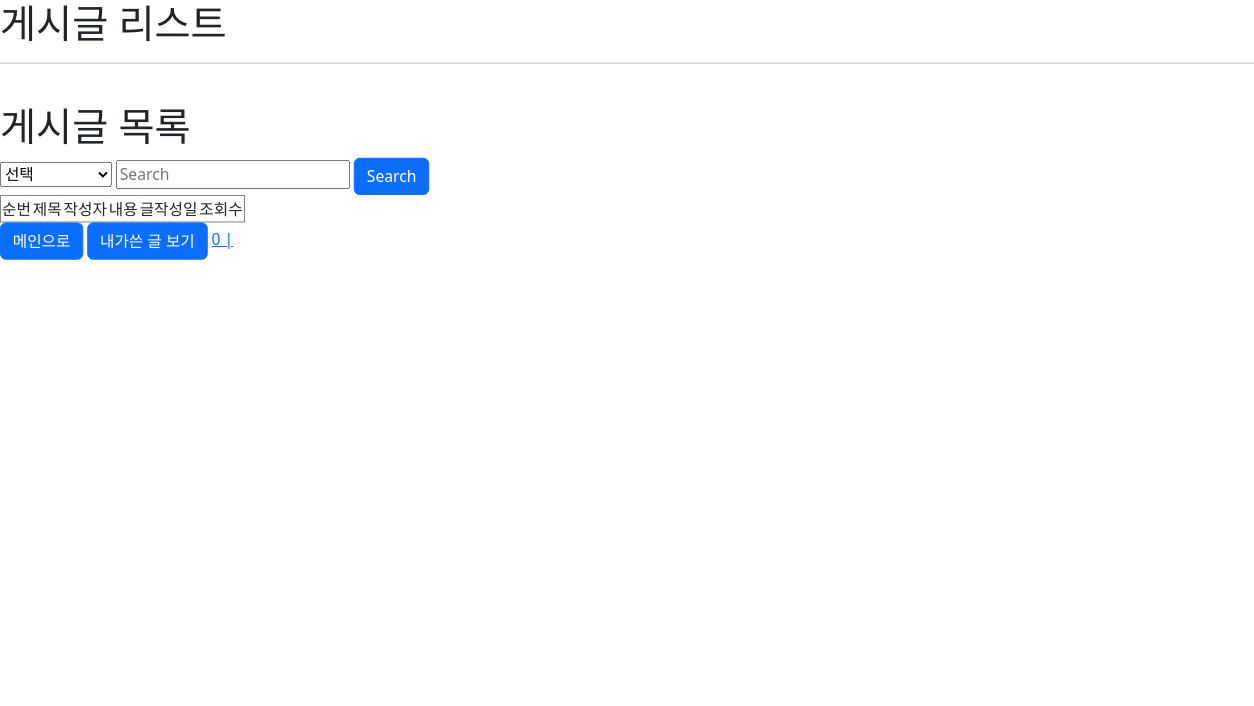
Repository: yangone8249/jsp_project
Page: http://localhost/yang_project/board/BoardList.jsp
These files come from the project's save history. The page is drawn as it stood at one moment and after the next save; the edit follows.
The browser window is 1280 px wide. The pictures show the whole page, at 98% of full size.
The page is served by Tomcat 9. The template is opened directly, without the code that normally fills it, so the values that code supplies are empty.

Above is the page before, as saved 2023-06-01 02:03:45.

After the next save:
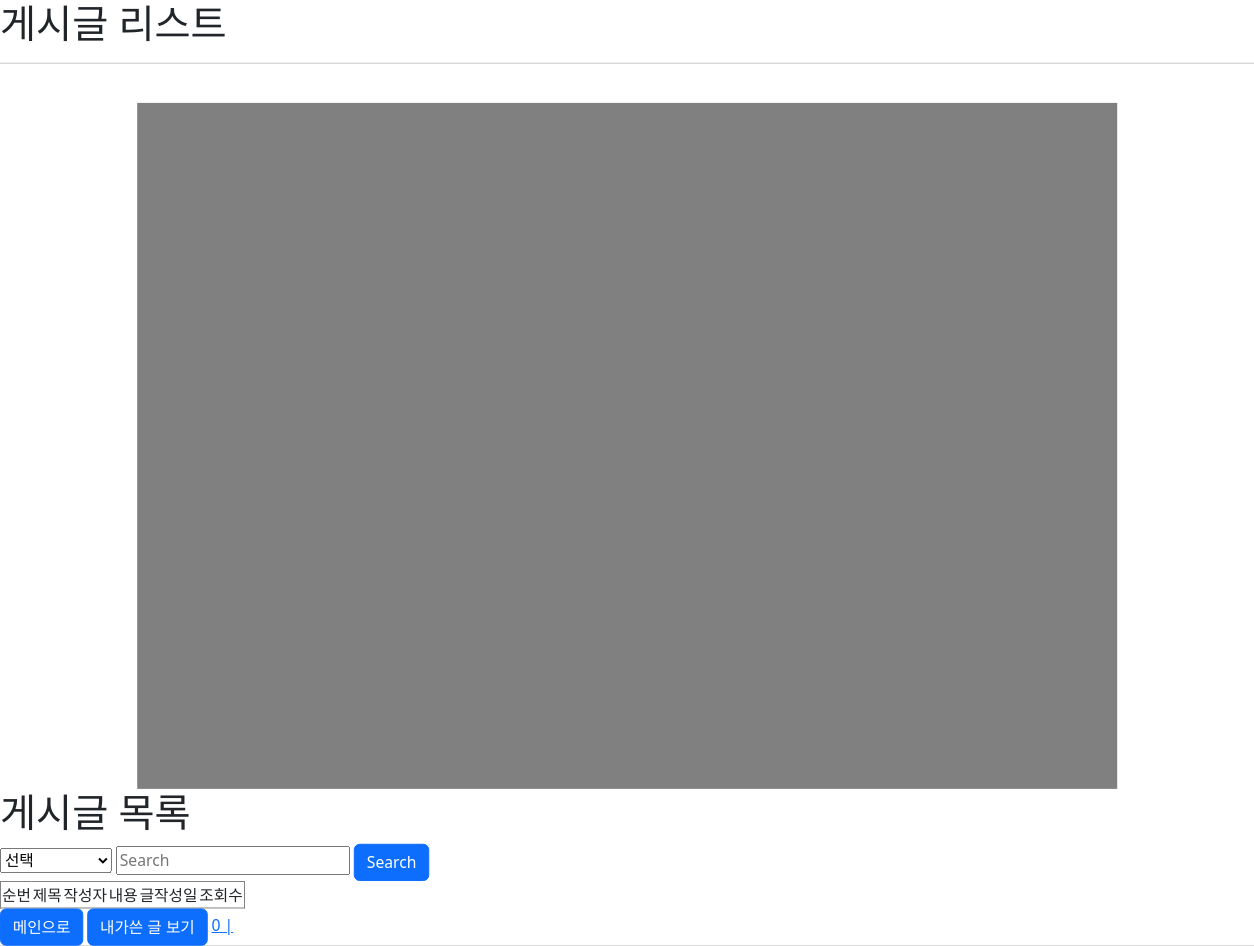
Saved 3 s later.
--- a/yang_project/yang_project/src/main/webapp/board/BoardList.jsp
+++ b/yang_project/yang_project/src/main/webapp/board/BoardList.jsp
@@ -24,6 +24,7 @@
 <body>
 	<h1>게시글 리스트</h1>
 	<hr><br>
+	<div id="content"></div>
 		<h1 id="listTitle">게시글 목록</h1>
 		<form action="/brd/page" method="post" >
 			<div>
@@ -77,6 +78,6 @@
 		</c:forEach>
 		<c:if test="${pgh.next }">
 			<a href="/brd/page?pageNo=${pgh.endPage+1 }&qty=${pgh.pgvo.qty}&type=${pgh.pgvo.type}&keyword=${pgh.pgvo.keyword}">다음</a>
-		</c:if>
+		</c:if></div>
 </body>
 </html>
